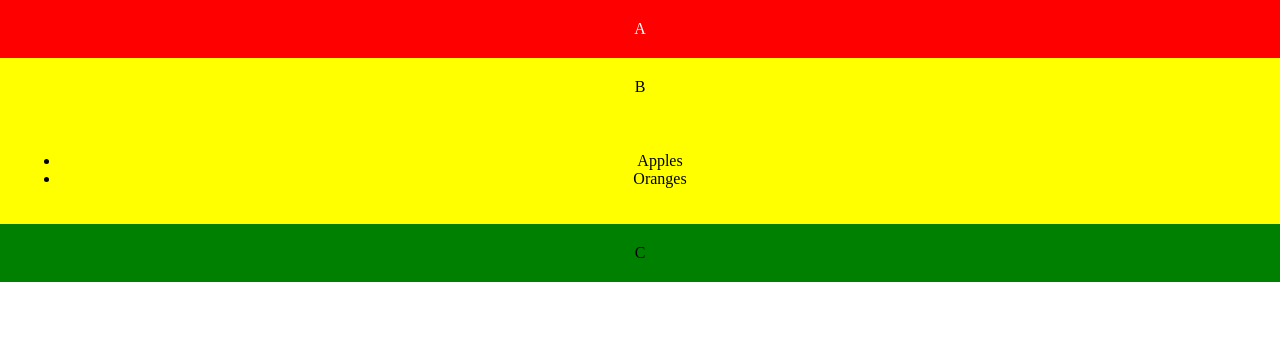
Repository: zdsherlock/Test-for-js
Page: index.html
The author's editor kept a copy of each file at every save. The page is drawn from the files as they stood at one save, then again after the next save.
The browser window is 1280 px wide. The pictures show the whole page.

Above is the page before, as saved 2021-03-28 15:28:33.

After the next save:
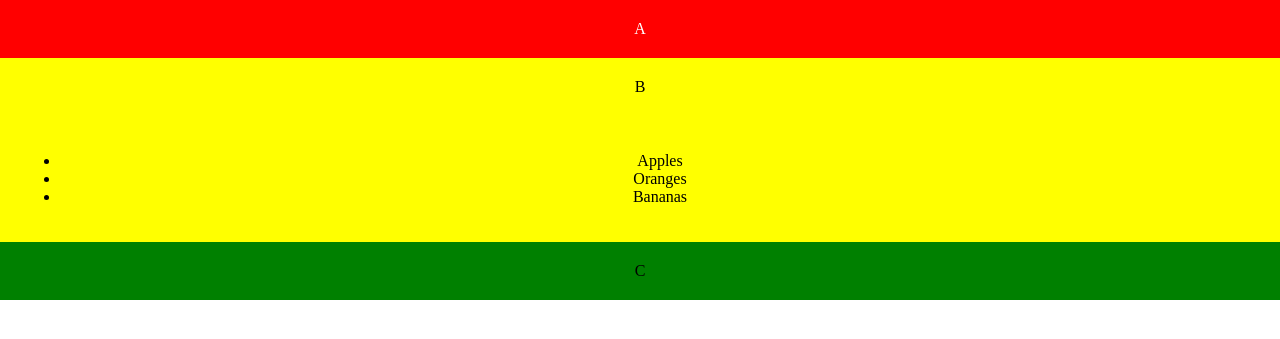
Saved 8 s later.
--- a/index.html
+++ b/index.html
@@ -13,6 +13,7 @@
             <ul>
                 <li>Apples</li>
                 <li>Oranges</li>
+                <li>Bananas</li>
             </ul>
         </section>
         <footer>C</footer>
